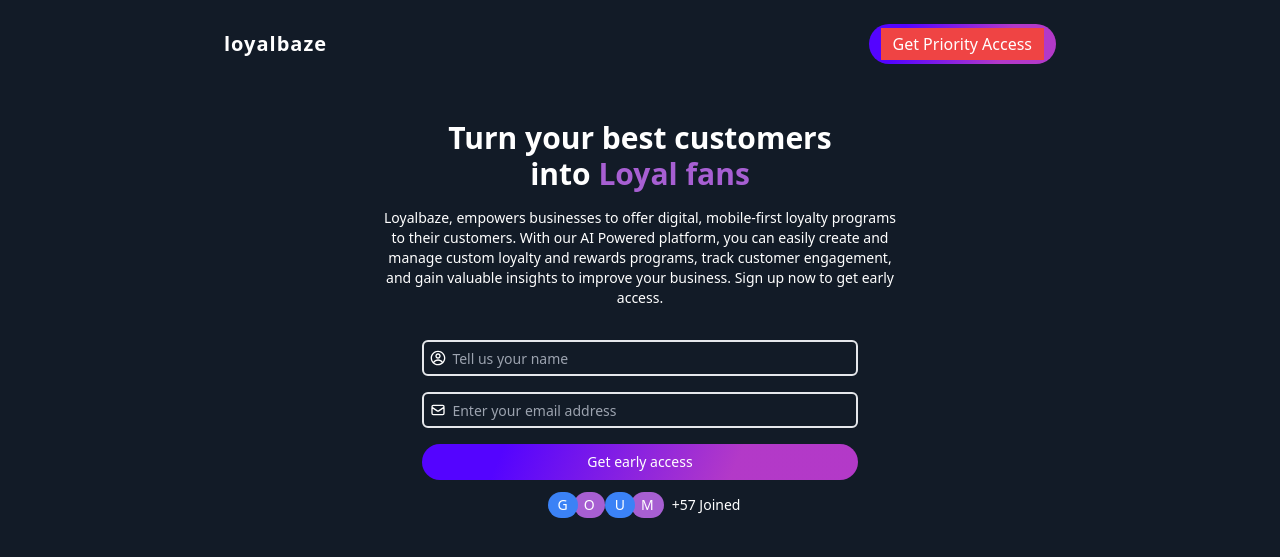
Repository: Jerified/loyalbaze
Page: /
The author's editor kept a copy of each file at every save. The page is drawn from the files as they stood at one save, then again after the next save.
The browser window is 1280 px wide. The pictures show the whole page.
The project was rebuilt for these pictures with package versions that can differ from the ones it lists, and the page was loaded fresh each time. The framework's server and built-in components were replaced by stand-ins that run in the browser. Also part of the build but not shown: next.config.js.

Above is the page before, as saved 2023-02-10 23:23:47.

After the next save:
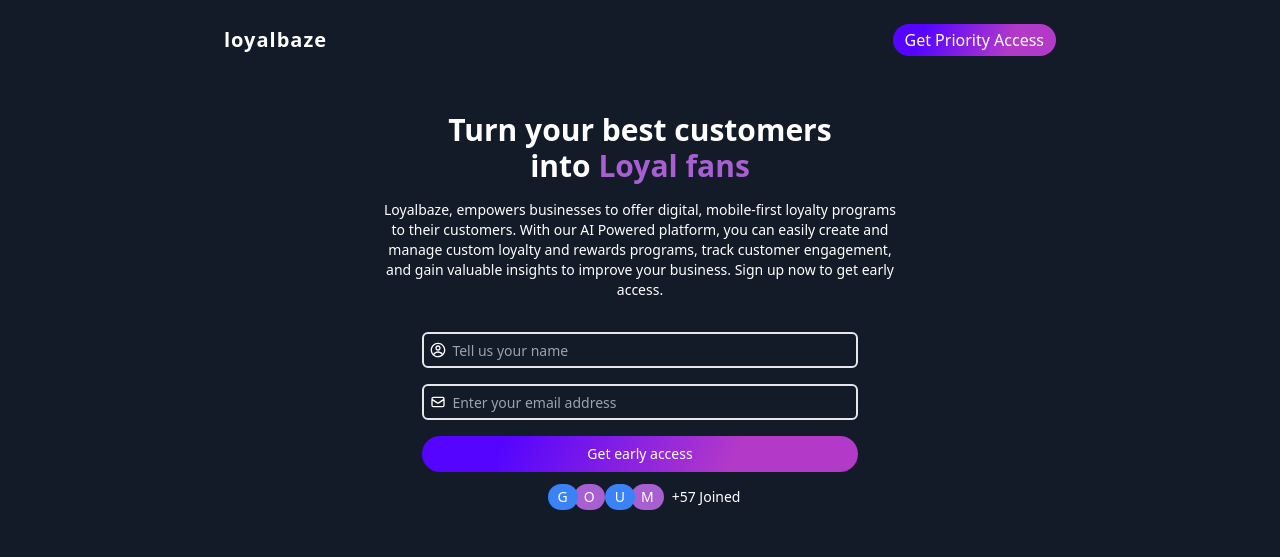
Saved 5 min 23 s later.
--- a/src/components/Header.tsx
+++ b/src/components/Header.tsx
@@ -9,7 +9,7 @@ export default function Header() {
       <div className="text-xl font-semibold tracking-wider ">loyalbaze</div>
 
       <button className="borde px-3 py-1 rounded-full bg-[linear-gradient(112.92deg,_#5404FF_18.35%,rgba(189,_59,_210,_0.94)_71.49%)]">
-        <div className="bg-red-500 px-3 py-1">Get Priority Access</div>
+        <div className="">Get Priority Access</div>
       </button>
     </div>
   );
